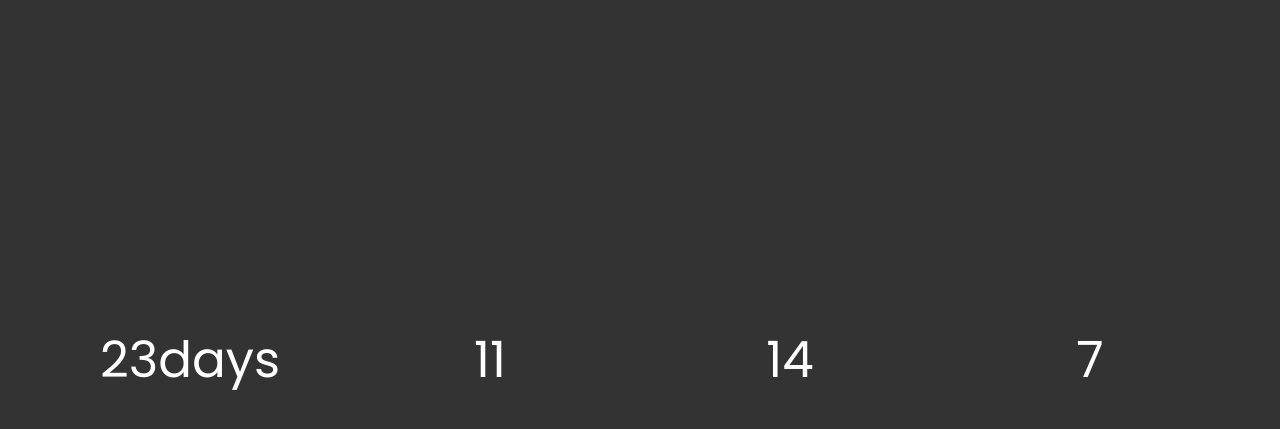
Repository: LeTanTru/All-Code
Page: Countown/index.html
These files come from the project's save history. The page is drawn as it stood at one moment and after a run of saves; the edit follows.
The browser window is 1280 px wide. The pictures show the whole page.

Above is the page before, as saved 2022-12-29 12:59:18.

### Countown/index.html
<!DOCTYPE html>
<html lang="en">

<head>
    <meta charset="UTF-8">
    <meta http-equiv="X-UA-Compatible" content="IE=edge">
    <meta name="viewport" content="width=device-width, initial-scale=1.0">
    <link rel="icon" type="image/x-icon" href="https://encrypted-tbn0.gstatic.com/images?q=tbn:ANd9GcQIQh1eX0Q6u5cD437ia0Gx8Band5tZZqGc_A&usqp=CAU">
    <title>Countdown</title>
    <link rel="stylesheet" href="./style.css">
    <link rel="preconnect" href="https://fonts.googleapis.com">
    <link rel="preconnect" href="https://fonts.gstatic.com" crossorigin>
    <link href="https://fonts.googleapis.com/css2?family=Poppins:wght@400;500&display=swap" rel="stylesheet">
</head>


<body>
    <div class="wrapper">
        <div class="countdown">
            <h3 class="countdown-css days"></h3>
            <h3 class="countdown-css hours"></h3>
            <h3 class="countdown-css minutes"></h3>
            <h3 class="countdown-css seconds"></h3>
        </div>
    </div>
    <script src="./countdown.js"></script>
</body>

</html>

### Countown/style.css
*,
*::before,
*::after {
  box-sizing: border-box;
}

* {
  margin: 0;
  padding: 0;
  font: inherit;
}

body {
  line-height: 1.5;
}

img,
picture,
video,
canvas,
svg {
  display: block;
  max-width: 100%;
}

input,
button,
textarea,
select {
  outline: none;
}

p,
h1,
h2,
h3,
h4,
h5,
h6 {
  overflow-wrap: break-word;
}

* {
  border: 0;
  padding: 0;
  margin: 0;
  box-sizing: border-box;
}

body {
  background-color: #333;
}

html {
  font-family: "Poppins", sans-serif;
}

.wrapper {
  display: flex;
  align-items: center;
  justify-content: center;
  height: 100vh;
}

.countdown {
  width: 1200px;
  height: 300px;
  border-radius: 15px;
  display: flex;
  transition: all linear 0.5s;
  position: relative;
  color: white;
}

.countdown.open {
  background-color: rgba(100, 73, 74, 0.5);
}

.countdown-css {
  display: inline-block;
  width: 33.33333333%;
  height: 300px;
  line-height: 300px;
  text-align: center;
  font-size: 50px;
  pointer-events: none;
  transition: all linear 0.5s;
  user-select: none;
}

### Countown/countdown.js
const daysEle = document.querySelector(".days");
const hoursEle = document.querySelector(".hours");
const minutesEle = document.querySelector(".minutes");
const secondsEle = document.querySelector(".seconds");

console.log({ daysEle, hoursEle, minutesEle, secondsEle });

const date = new Date();
const dateEnd = new Date("1/22/2023");
const difference = dateEnd.getTime() - date.getTime();
const days = Math.floor(difference / (1000 * 86400));
const hours = Math.floor(difference / (1000 * 3600) - days * 24);
const minutes = Math.floor(
  (difference / (1000 * 3600) - days * 24 - hours) * 60
);
const seconds = Math.floor(
  ((difference / (1000 * 3600) - days * 24 - hours) * 60 - minutes) * 60
);
daysEle.innerText = days;
hoursEle.innerText = hours;
minutesEle.innerText = minutes;
secondsEle.innerText = seconds;

setInterval(() => {
  const date = new Date();
  const dateEnd = new Date("1/22/2023");
  const difference = dateEnd.getTime() - date.getTime();
  const days = Math.floor(difference / (1000 * 86400));
  const hours = Math.floor(difference / (1000 * 3600) - days * 24);
  const minutes = Math.floor(
    (difference / (1000 * 3600) - days * 24 - hours) * 60
  );
  const seconds = Math.floor(
    ((difference / (1000 * 3600) - days * 24 - hours) * 60 - minutes) * 60
  );
  daysEle.innerText = days + "days";
  hoursEle.innerText = hours;
  minutesEle.innerText = minutes;
  secondsEle.innerText = seconds;
  // console.log({ days, hours, minutes, seconds });
}, 1000);

After the next 6 saves:
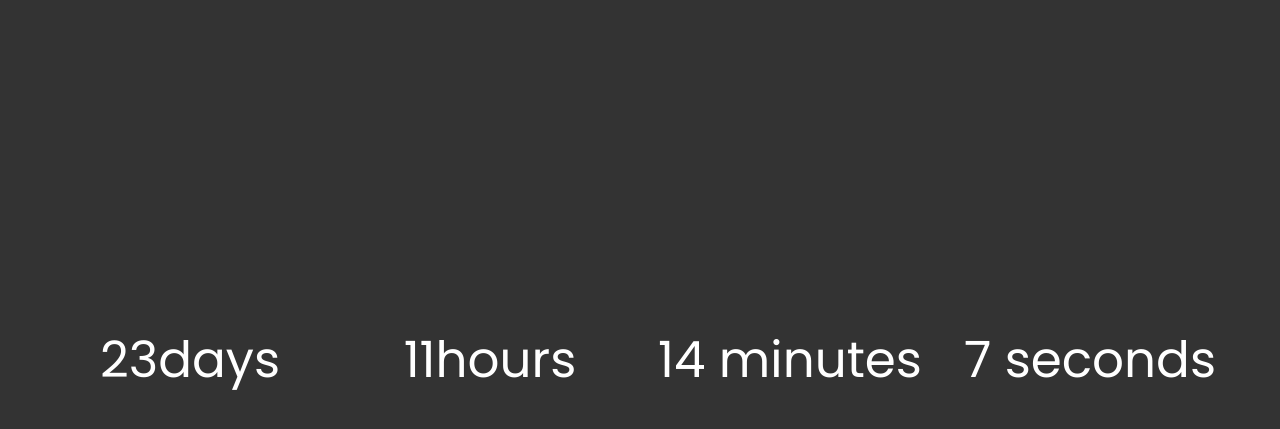
The 6 saves are shown as one change because they came seconds apart.
The last was saved 16 s later.
--- a/Countown/countdown.js
+++ b/Countown/countdown.js
@@ -34,8 +34,8 @@ setInterval(() => {
     ((difference / (1000 * 3600) - days * 24 - hours) * 60 - minutes) * 60
   );
   daysEle.innerText = days + "days";
-  hoursEle.innerText = hours;
-  minutesEle.innerText = minutes;
-  secondsEle.innerText = seconds;
+  hoursEle.innerText = hours + "hours";
+  minutesEle.innerText = minutes + " minutes";
+  secondsEle.innerText = seconds + " seconds";
   // console.log({ days, hours, minutes, seconds });
 }, 1000);
